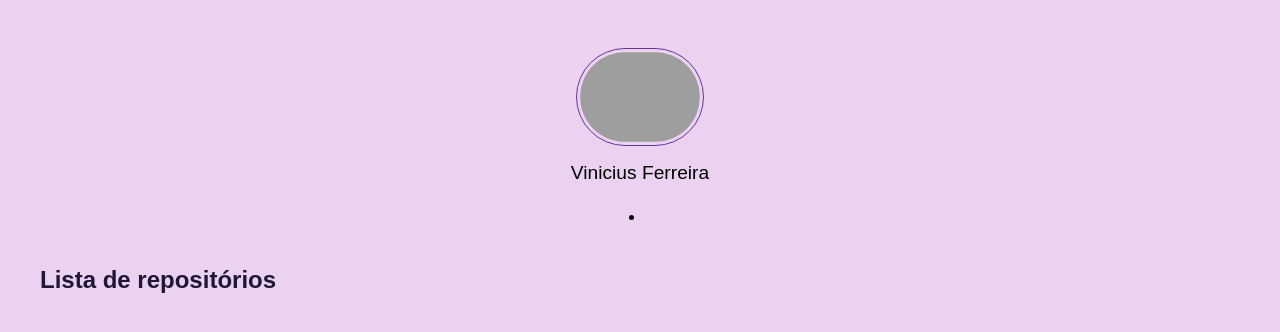
Repository: viniciusfg05/AnnotationReacts
Page: /
An editor plug-in stored every save of this project. The page is shown before and after the next save, followed by the edit.
The browser window is 1280 px wide. The pictures show the whole page.
Pictures or frames that could not be fetched are drawn as grey boxes. The page's requests for data from a server got no answer. The project was rebuilt for these pictures with package versions that can differ from the ones it lists, and the page was loaded fresh each time. No one was signed in, and anything a server would have sent is missing. Also part of the build but not shown: webpack.config.js, src/components/RepositoryItens.tsx.

Above is the page before, as saved 2022-02-18 15:07:29.

### public/index.html
<!DOCTYPE html>
<html lang="en">
  <head>
    <meta charset="UTF-8" />
    <meta name="viewport" content="width=device-width, initial-scale=1.0" />
    <title>ReactFundamentos</title>
  </head>
  <body>
    <div id="root"></div>

    <script src="../dist/bundle.js"></script>
  </body>
</html>

### src/index.tsx
import {render} from 'react-dom'
import { App } from './App'

render(<App />, document.getElementById('root'))

### src/App.tsx
import './styles/global.scss'
import './styles/profile.scss'

import { RepositoryList } from './components/RepositoryList'
import { Profile } from './components/Profile'
import { Counter } from './components/Counter'

export function App() {
  return (
    <>
      <Profile />
      <RepositoryList />
      {/* <Counter /> */}
    </>
  )
}

//Quando uma return mais de um componet, precisamos add um element pai, colocariamos uma div, mas futuramente isso pode atrapalhar no css e outro
//Usamos uma tag sem nada que se chama fraguimentos <> </> e não produz nada visual no html

//Por padrão p react não fica monitorando se algum estado está sendo alterado e rederizar novamente em tela
//Estado: variaveis que ele vai monitorarar
//Para isso vamos importar um elemento do react chamado useState "import { useState } from 'react'"

### src/styles/global.scss
* {
  margin: 0;
  padding: 0;
  box-sizing: border-box;
}

body {
  font: 16px 'Helvetica Neve', Arial, sans-serif;
}

### src/styles/profile.scss
.Content {
  // background-color: red;
  width: 100%;

  .perfil {
    img {
      border-radius: 5rem;
      width: 8rem;
      padding: 0.2rem;
      border: 1px solid rebeccapurple;

      display: flex;
      margin-left: auto;
      margin-right: auto;
      margin-bottom: 1rem;
      margin-top: 3rem;
    }

    p {
      text-align: center;
      font-size: 1.2rem;
    }
  }

  .bio {
    // list-style: none;
    text-align: center;
    margin-top: 1.5rem;
  }
}

//

### src/components/RepositoryList.tsx
import { useState, useEffect } from 'react'
import { RepositoryItens } from './RepositoryItens'
import '../styles/repositories.scss'

interface Repository {
  name: string;
  description: string;
  html_url: string;
}

export function RepositoryList() {
  const [repositories, setRepositories] = useState<Repository[]>([]);

  useEffect(() => {
    fetch('https://api.github.com/users/viniciusfg05/repos')
    .then(response => response.json()) //quando a api retorna uma resposta, converter para .json
    .then(data => setRepositories(data)) //quando terminar de ser convertida eu vou ter os dados do meu repositório
  }, [])

  return (
    <section className="repository-list">
      <h1>Lista de repositórios</h1>

      <ul>
        {repositories.map(repository => {
          return <RepositoryItens key={repository.name} repository={repository} />
        })}
      </ul>
    </section>
  )
}

      //para cada repository ele retorna um item

### src/components/Profile.tsx

interface ProfileProps {
  Profile: {
    avatar_url: string;
    bio: string;
    login: string;
  }
}

export function Profile(props: ProfileProps) {
  return (
    <div>
      <div className="Content">
        <div className="perfil">
          <img src="https://avatars.githubusercontent.com/u/68232658?v=4" alt="Foto de perfil" />

          <p>Vinicius Ferreira</p>
        </div>


        <div className="bio">
          <li></li>
        </div>
      </div>
    </div>

  )
}

### src/styles/repositories.scss
body {
  background-color: rgb(235, 210, 241);
}

section.repository-list {
  margin: 40px;

  h1 {
    color: #201637;
    margin-bottom: 16px;
  }

  ul {
    list-style: none;

    li {
      strong {
        color: #201637;
        font-size: 20px;
      }

      & + li {
        //aplica apenas para quem tem um irmao a baixo copm a tag "li"
        margin-top: 20px;
      }

      p {
        font-size: 14px;
        color: #444;
        margin-top: 8px;
      }

      a {
        display: inline-block;
        margin-top: 5px;
        margin-bottom: 16px;
        text-decoration: none;
        color: #8257e6;
      }

      .divide {
        border-bottom: 1px solid #20163719;
      }
    }
  }
}

After the next save:
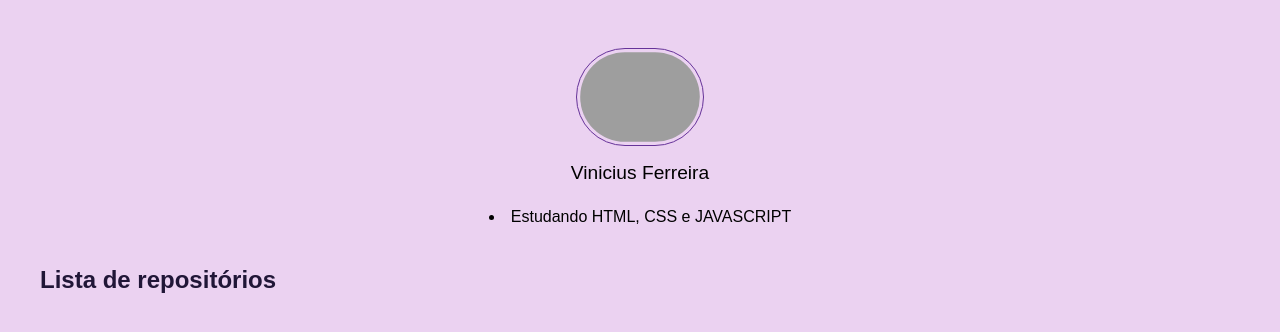
Saved 13 s later.
--- a/src/components/Profile.tsx
+++ b/src/components/Profile.tsx
@@ -19,7 +19,7 @@ export function Profile(props: ProfileProps) {
 
 
         <div className="bio">
-          <li></li>
+          <li>Estudando HTML, CSS e JAVASCRIPT</li>
         </div>
       </div>
     </div>
